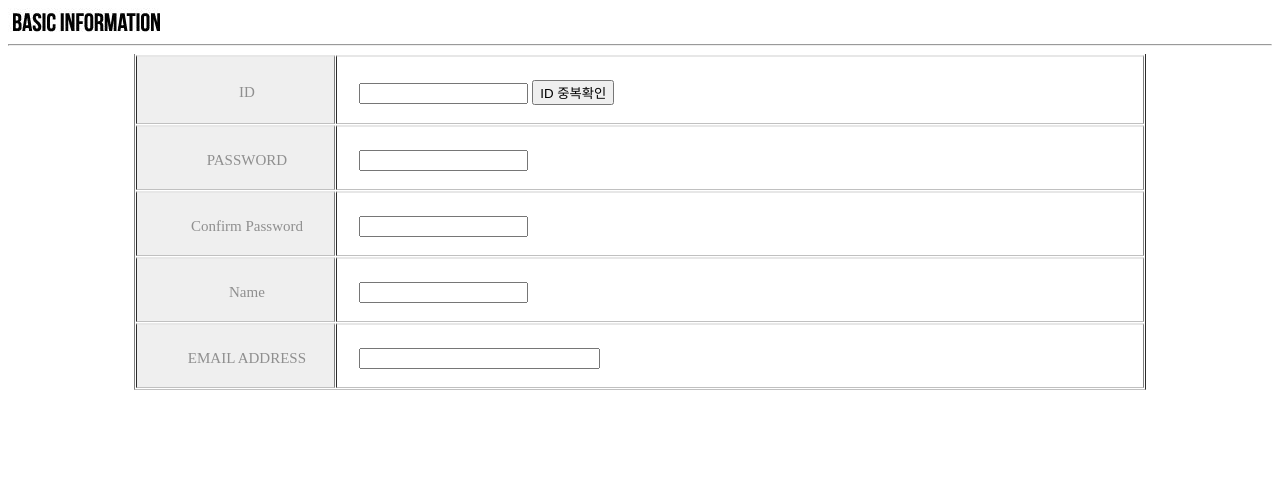
Repository: kminjoo/Making-website-using-JSP
Page: http://localhost/website_project/Register.jsp
The author's editor kept a copy of each file at every save. The page is drawn from the files as they stood at one save, then again after the next save.
The browser window is 1280 px wide. The pictures show the whole page.
The page is served by Tomcat 9. Other server files are loaded and not shown.

Above is the page before, as saved 2015-07-21 14:10:14.

### website_project/WebContent/Register.jsp
<%@ page language="java" contentType="text/html; charset=EUC-KR"
    pageEncoding="EUC-KR"%>
<!DOCTYPE html PUBLIC "-//W3C//DTD HTML 4.01 Transitional//EN" "http://www.w3.org/TR/html4/loose.dtd">
<html>
<head>
<meta http-equiv="Content-Type" content="text/html; charset=EUC-KR">
<title>Welcome to Minjoo's Website!</title>
<link href="style.css" rel="stylesheet" type="text/css">

<script language="JavaScript" src="script.js"></script>
</head>
<body>
<div><img src="<%=request.getContextPath() %>/images/basicInfo.JPG"/></div>
<hr>
<table border="1" cellpadding="18" cellspacing="1" width="80%" align="center">
<form name="regForm" method="post" action="RegisterProc.jsp">
	<tr>
		<td width="13%" align="center" bgcolor="#EFEFEF">ID</td>
		<td width="60%"><input type="text" name="mem_id" size="18">
		<input type="button" value="ID 중복확인" onClick="idCheck(this.form.mem_id.value)"></td>
	</tr>
	<tr>
		<td width="13%" align="center" bgcolor="#EFEFEF">PASSWORD</td>
		<td width="60%"><input type="password" name="mem_passwd" size="18">
	</tr>
	<tr>
		<td width="13%" align="center" bgcolor="#EFEFEF">Confirm Password</td>
		<td width="60%"><input type="password" name="mem_passwd" size="18">
	</tr>
	<tr>
		<td width="13%" align="center" bgcolor="#EFEFEF">Name</td>
		<td width="60%"><input type="text" name="mem_name" size="18">
	</tr>
	<tr>
		<td width="13%" align="center" bgcolor="#EFEFEF">EMAIL ADDRESS</td>
		<td width="60%"><input type="text" name="mem_email" size="27">
	</tr>

</table>
</form>

</body>
</html>

### website_project/WebContent/style.css
@CHARSET "EUC-KR";

hr {
    display: block;
    margin-top: 0.5em;
    margin-bottom: 0.5em;
    margin-left: auto;
    margin-right: auto;
    border-style: inset;
    border-width: 1px;
}

/*table {
    display: table;
    border-collapse: collpase;
    border-spacing: 0px;
    border-color: #EFEFEF;
}*/

img{vertical-align:middle;}

table{table-layout:fixed;border-top:0px solid #c0c0c0;border-bottom:1px solid #c0c0c0;}

td{padding:23px 0 18px 22px;border-top:2px solid #e7e7e7;color:#8f8f8f;line-height:140%;font-size:15px;}

### website_project/WebContent/script.js
/**
 *
 */


function loginCheck(){
	if(document.login.mem_id.value==""){
		alert("Enter your ID.");
		document.login.mem_id.focus();
		return;
	}
	if(document.login.mem_passwd.value==""){
		alert("Enter your password.");
		document.login.mem_passwd.focus();
		return;
	}
	document.login.submit();

}

function memberReg(){
	location.href ="Register.jsp";
}
function idCheck(id){
	if(id == ""){
	alert("Enter your ID.");
	document.regForm.mem_id.focus();
	}else{
		url="IdCheck.jsp?mem_id=" + id;
		window.open(url,"post","width=300,height=150");
	}
}

function inputCheck(){
	if(document.regForm.mem_id.value==""){
		alert("Enter your ID.");
		document.regForm.mem_id.focus();
		return;
	}
	if(document.regForm.mem_password.value==""){
		alert("Enter your Password.");
		document.regForm.mem_password.focus();
		return;
	}
	if(document.regForm.mem_repasswd.value==""){
		alert("Enter your Password.");
		document.regForm.mem_repasswd.focus();
		return;
	}

	if(document.regForm.mem_password.value != document.regForm.mem_repasswd.value){
		alert("Passwords do not match.");
		document.regForm.mem_passwd.focus();
		return;
	}

	if(document.regForm.mem_firstname.value==""){
		alert("Enter your first name.");
		document.regForm.mem_firstname.focus();
		return;
	}
	if(document.regForm.mem_lastname.value==""){
		alert("Enter your last name.");
		document.regForm.mem_lastname.focus();
		return;
	}
	if(document.regForm.mem_email.value==""){
		alert("Enter your email address.");
		document.regForm.mem_email.focus();
		return;
	}
	if(document.regForm.mem_phone1.value==""){
		alert("Enter your phone number.");
		document.regForm.mem_phone1.focus();
		return;
	}
	if(document.regForm.mem_phone2.value==""){
		alert("Enter your phone number.");
		document.regForm.mem_phone2.focus();
		return;
	}
	if(document.regForm.mem_phone3.value==""){
		alert("Enter your phone number.");
		document.regForm.mem_phone3.focus();
		return;
	}

	var str = document.regForm.mem_email.value;
	var atPos = str.indexOf('@');
	var atLastPos = str.lastIndexOf('@');
	var dotPos = str.indexOf('.');
	var spacePos = str.indexOf(' ');
	var commaPos = str.indexOf(',');
	var emailSize = str.length;

	if(atPos>1 && atPos == atLastPos && dotPos > 3 && spacePos == -1 &&
			commaPos == -1 && atPos + 1 < dotPos && dotPos + 1 < emailSize );
	else{
		alert("This e-mail address is incorrectly formatted. \n\r Please try again.");
		document.regForm.mem_email.focus();
		return;
	}

	document.regForm.submit();
}

function inputCheck2(){
	if(document.regForm.mem_id.value==""){
		alert("Enter your ID.");
		document.regForm.mem_id.focus();
		return;
	}
	if(document.regForm.mem_password.value==""){
		alert("Enter your Password.");
		document.regForm.mem_password.focus();
		return;
	}

	if(document.regForm.mem_firstname.value==""){
		alert("Enter your first name.");
		document.regForm.mem_firstname.focus();
		return;
	}
	if(document.regForm.mem_lastname.value==""){
		alert("Enter your last name.");
		document.regForm.mem_lastname.focus();
		return;
	}
	if(document.regForm.mem_email.value==""){
		alert("Enter your email address.");
		document.regForm.mem_email.focus();
		return;
	}
	if(document.regForm.mem_phone1.value==""){
		alert("Enter your phone number.");
		document.regForm.mem_phone1.focus();
		return;
	}
	if(document.regForm.mem_phone2.value==""){
		alert("Enter your phone number.");
		document.regForm.mem_phone2.focus();
		return;
	}
	if(document.regForm.mem_phone3.value==""){
		alert("Enter your phone number.");
		document.regForm.mem_phone3.focus();
		return;
	}

	var str = document.regForm.mem_email.value;
	var atPos = str.indexOf('@');
	var atLastPos = str.lastIndexOf('@');
	var dotPos = str.indexOf('.');
	var spacePos = str.indexOf(' ');
	var commaPos = str.indexOf(',');
	var emailSize = str.length;

	if(atPos>1 && atPos == atLastPos && dotPos > 3 && spacePos == -1 &&
			commaPos == -1 && atPos + 1 < dotPos && dotPos + 1 < emailSize );
	else{
		alert("This e-mail address is incorrectly formatted. \n\r Please try again.");
		document.regForm.mem_email.focus();
		return;
	}

	document.regForm.submit();
}

function win_close()
{
	self.close();
}

function searchInputCheck(sform){
	if(sform.search.value==""){
	alert("Enter what you want to search");
	sform.search.focus();
	return false;
}
	sform.submit();
}

After the next save:
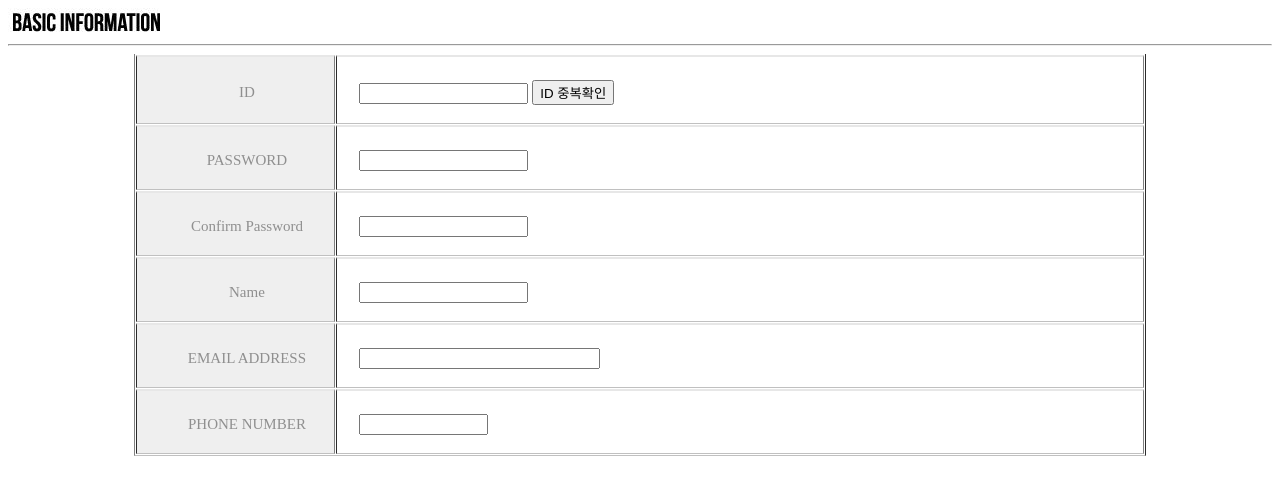
Saved 97 s later.
--- a/website_project/WebContent/Register.jsp
+++ b/website_project/WebContent/Register.jsp
@@ -35,6 +35,10 @@
 		<td width="13%" align="center" bgcolor="#EFEFEF">EMAIL ADDRESS</td>
 		<td width="60%"><input type="text" name="mem_email" size="27">
 	</tr>
+	<tr>
+		<td width="13%" align="center" bgcolor="#EFEFEF">PHONE NUMBER</td>
+		<td width="30%"><input type="text" name="mem_phone1" size="13">
+	</tr>
 
 </table>
 </form>
